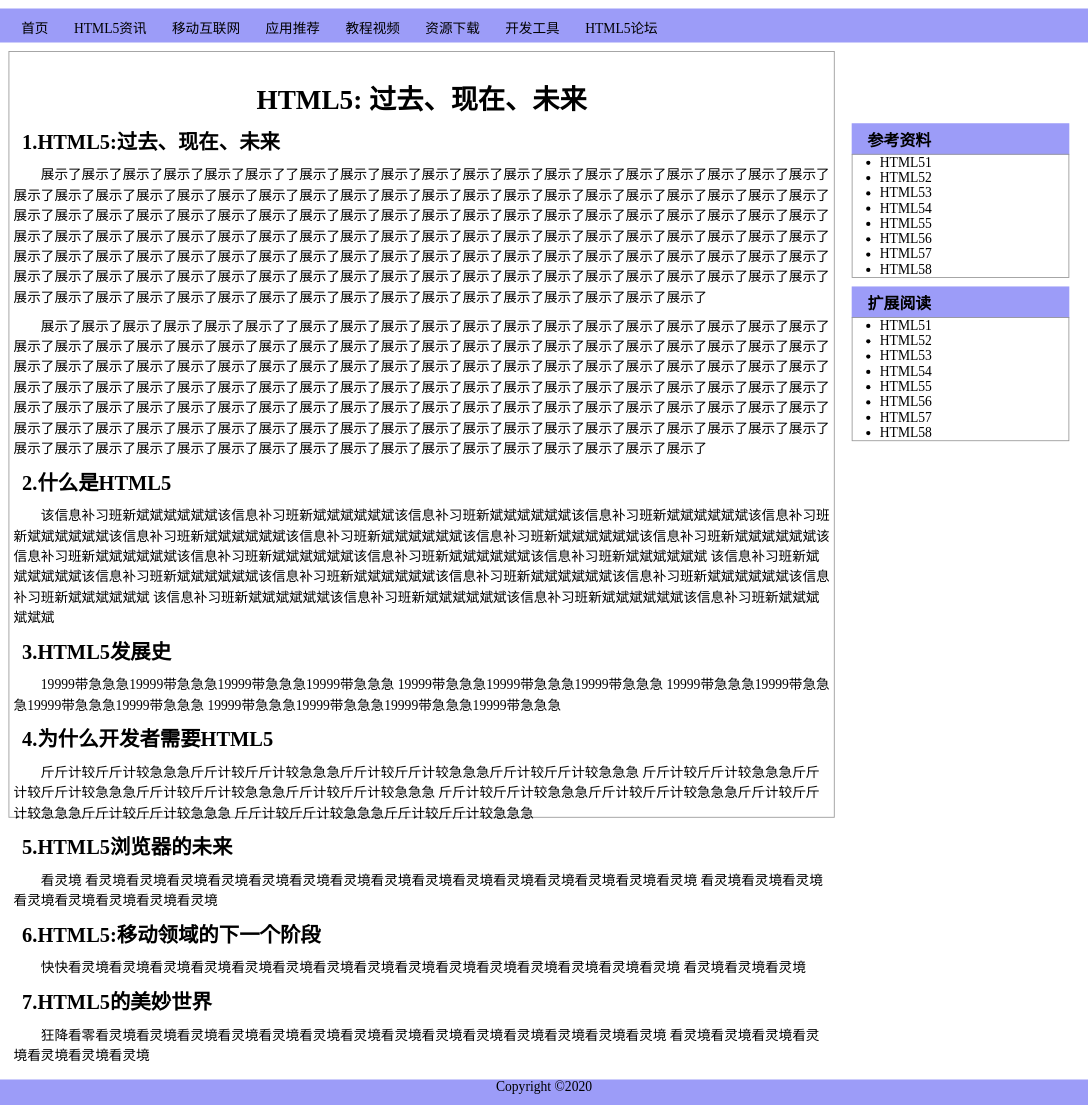
Repository: LstHeart/html-learning
Page: css/案例作业2.html
These files come from the project's save history. The page is drawn as it stood at one moment and after the next save; the edit follows.
The browser window is 1280 px wide. The pictures show the whole page, at 85% of full size.

Above is the page before, as saved 2021-01-05 23:21:20.

### css/案例作业2.html
<!DOCTYPE html>
<html lang="en">
<head>
    <meta charset="UTF-8">
    <meta name="viewport" content="width=device-width, initial-scale=1.0">
    <title>HTML5</title>
    <link rel="stylesheet" href="html5.css">
</head>
<body>
    <div class="header">
        <ul class="head-ul">
            <li>首页</li>
            <li>HTML5资讯</li>
            <li>移动互联网</li>
            <li>应用推荐</li>
            <li>教程视频</li>
            <li>资源下载</li>
            <li>开发工具</li>
            <li>HTML5论坛</li>
        </ul>
    </div>
    <div class="content">

        <div class="leftside">
            <h1>HTML5: 过去、现在、未来</h1>
            <h2>1.HTML5:过去、现在、未来</h2>
            <p>展示了展示了展示了展示了展示了展示了了展示了展示了展示了展示了展示了展示了展示了展示了展示了展示了展示了展示了展示了展示了展示了展示了展示了展示了展示了展示了展示了展示了展示了展示了展示了展示了展示了展示了展示了展示了展示了展示了展示了展示了展示了展示了展示了展示了展示了展示了展示了展示了展示了展示了展示了展示了展示了展示了展示了展示了展示了展示了展示了展示了展示了展示了展示了展示了展示了展示了展示了展示了展示了展示了展示了展示了展示了展示了展示了展示了展示了展示了展示了展示了展示了展示了展示了展示了展示了展示了展示了展示了展示了展示了展示了展示了展示了展示了展示了展示了展示了展示了展示了展示了展示了展示了展示了展示了展示了展示了展示了展示了展示了展示了展示了展示了展示了展示了展示了展示了展示了展示了展示了展示了展示了展示了展示了展示了展示了展示了展示了展示了展示了展示了展示了展示了展示了展示了展示了展示了</p>
            <p>展示了展示了展示了展示了展示了展示了了展示了展示了展示了展示了展示了展示了展示了展示了展示了展示了展示了展示了展示了展示了展示了展示了展示了展示了展示了展示了展示了展示了展示了展示了展示了展示了展示了展示了展示了展示了展示了展示了展示了展示了展示了展示了展示了展示了展示了展示了展示了展示了展示了展示了展示了展示了展示了展示了展示了展示了展示了展示了展示了展示了展示了展示了展示了展示了展示了展示了展示了展示了展示了展示了展示了展示了展示了展示了展示了展示了展示了展示了展示了展示了展示了展示了展示了展示了展示了展示了展示了展示了展示了展示了展示了展示了展示了展示了展示了展示了展示了展示了展示了展示了展示了展示了展示了展示了展示了展示了展示了展示了展示了展示了展示了展示了展示了展示了展示了展示了展示了展示了展示了展示了展示了展示了展示了展示了展示了展示了展示了展示了展示了展示了展示了展示了展示了展示了展示了展示了</p>
            <h2>2.什么是HTML5</h2>
            <p>该信息补习班新斌斌斌斌斌斌该信息补习班新斌斌斌斌斌斌该信息补习班新斌斌斌斌斌斌该信息补习班新斌斌斌斌斌斌该信息补习班新斌斌斌斌斌斌该信息补习班新斌斌斌斌斌斌该信息补习班新斌斌斌斌斌斌该信息补习班新斌斌斌斌斌斌该信息补习班新斌斌斌斌斌斌该信息补习班新斌斌斌斌斌斌该信息补习班新斌斌斌斌斌斌该信息补习班新斌斌斌斌斌斌该信息补习班新斌斌斌斌斌斌
                该信息补习班新斌斌斌斌斌斌该信息补习班新斌斌斌斌斌斌该信息补习班新斌斌斌斌斌斌该信息补习班新斌斌斌斌斌斌该信息补习班新斌斌斌斌斌斌该信息补习班新斌斌斌斌斌斌
                该信息补习班新斌斌斌斌斌斌该信息补习班新斌斌斌斌斌斌该信息补习班新斌斌斌斌斌斌该信息补习班新斌斌斌斌斌斌
            </p>
            <h2>3.HTML5发展史</h2>
            <p>19999带急急急19999带急急急19999带急急急19999带急急急
                19999带急急急19999带急急急19999带急急急
                19999带急急急19999带急急急19999带急急急19999带急急急
                19999带急急急19999带急急急19999带急急急19999带急急急
            </p>
            <h2>4.为什么开发者需要HTML5</h2>
            <p>斤斤计较斤斤计较急急急斤斤计较斤斤计较急急急斤斤计较斤斤计较急急急斤斤计较斤斤计较急急急
                斤斤计较斤斤计较急急急斤斤计较斤斤计较急急急斤斤计较斤斤计较急急急斤斤计较斤斤计较急急急
                斤斤计较斤斤计较急急急斤斤计较斤斤计较急急急斤斤计较斤斤计较急急急斤斤计较斤斤计较急急急
                斤斤计较斤斤计较急急急斤斤计较斤斤计较急急急
            </p>
            <h2>5.HTML5浏览器的未来</h2>
            <p>看灵境
                看灵境看灵境看灵境看灵境看灵境看灵境看灵境看灵境看灵境看灵境看灵境看灵境看灵境看灵境看灵境
                看灵境看灵境看灵境看灵境看灵境看灵境看灵境看灵境
            </p>
            <h2>6.HTML5:移动领域的下一个阶段</h2>
            <p>快快看灵境看灵境看灵境看灵境看灵境看灵境看灵境看灵境看灵境看灵境看灵境看灵境看灵境看灵境看灵境
                看灵境看灵境看灵境
            </p>
            <h2>7.HTML5的美妙世界</h2>
            <p>狂降看零看灵境看灵境看灵境看灵境看灵境看灵境看灵境看灵境看灵境看灵境看灵境看灵境看灵境看灵境
                看灵境看灵境看灵境看灵境看灵境看灵境看灵境
            </p>
        </div>
        <div class="rightside">
            <h3>参考资料</h3>
            <ul>
                <li>HTML51</li>
                <li>HTML52</li>
                <li>HTML53</li>
                <li>HTML54</li>
                <li>HTML55</li>
                <li>HTML56</li>
                <li>HTML57</li>
                <li>HTML58</li>
            </ul>
            <h3>扩展阅读</h3>
            <ul>
                <li>HTML51</li>
                <li>HTML52</li>
                <li>HTML53</li>
                <li>HTML54</li>
                <li>HTML55</li>
                <li>HTML56</li>
                <li>HTML57</li>
                <li>HTML58</li>
            </ul>
        </div>
    </div>
    <div class="footer">
        Copyright &copy;2020
    </div>
</body>
</html>

### css/html5.css
*{
    padding: 0;
    margin: 0;
}
li{
    list-style: none;
}
a{
    text-decoration: none;
}
.header{
    padding-bottom:10px;
}
 .head-ul{
    /* margin: 10px auto; */
    padding-left: 10px;
    padding-bottom: 10px;
    /* background-color: rgb(248, 4, 4); */
    position: absolute;
    overflow: hidden;
}
.header,.footer{
    height: 30px;
    background-color: #3b3bf180;
    margin: 10px auto;
    text-align: center;
}
.header li{
    float: left;
    margin:10px 15px;

}
.content{
    /* background-color:antiquewhite; */
    height: 1200px;
    margin: 10px auto;

    overflow: hidden;
    /* overflow-wrap: break-word; */
}
.content h1{
    text-align: center;
    font-family: '黑体';
    margin-top: 30px;
    margin-bottom: 10px;

}

.content .leftside,.rightside{
    float: left;
    height: 900px;
}
.content .leftside{
    width: 75%;
    margin: 0 10px;
    padding: 0 5px;
    border: 1px solid rgb(151, 151, 151);
}
.content .rightside{
    position: relative;
    margin-top:85px;
    margin-left:10px;
    width: 20%;
}
.content h2{
    /* border:#5a5ac2 1px solid; */
    padding-left: 10px;
}
.content p{
    font-family: '楷体';
    text-indent: 2em;
    margin: 10px 0;
    /* line-height: 1; */
}
.content h3{
    font-family: '黑体';
    /* border: 1px solid #ffffff; */
    background-color: #3b3bf180;
    padding: 5px 1em;
}
.content ul{
    /* background-color: #9ee7e1; */
    border: 1px solid rgb(151, 151, 151);
    margin-top: -1px;
    margin-bottom: 10px;
}
.content ul li{
    list-style:disc;
    margin-left: 2em;
}

After the next save:
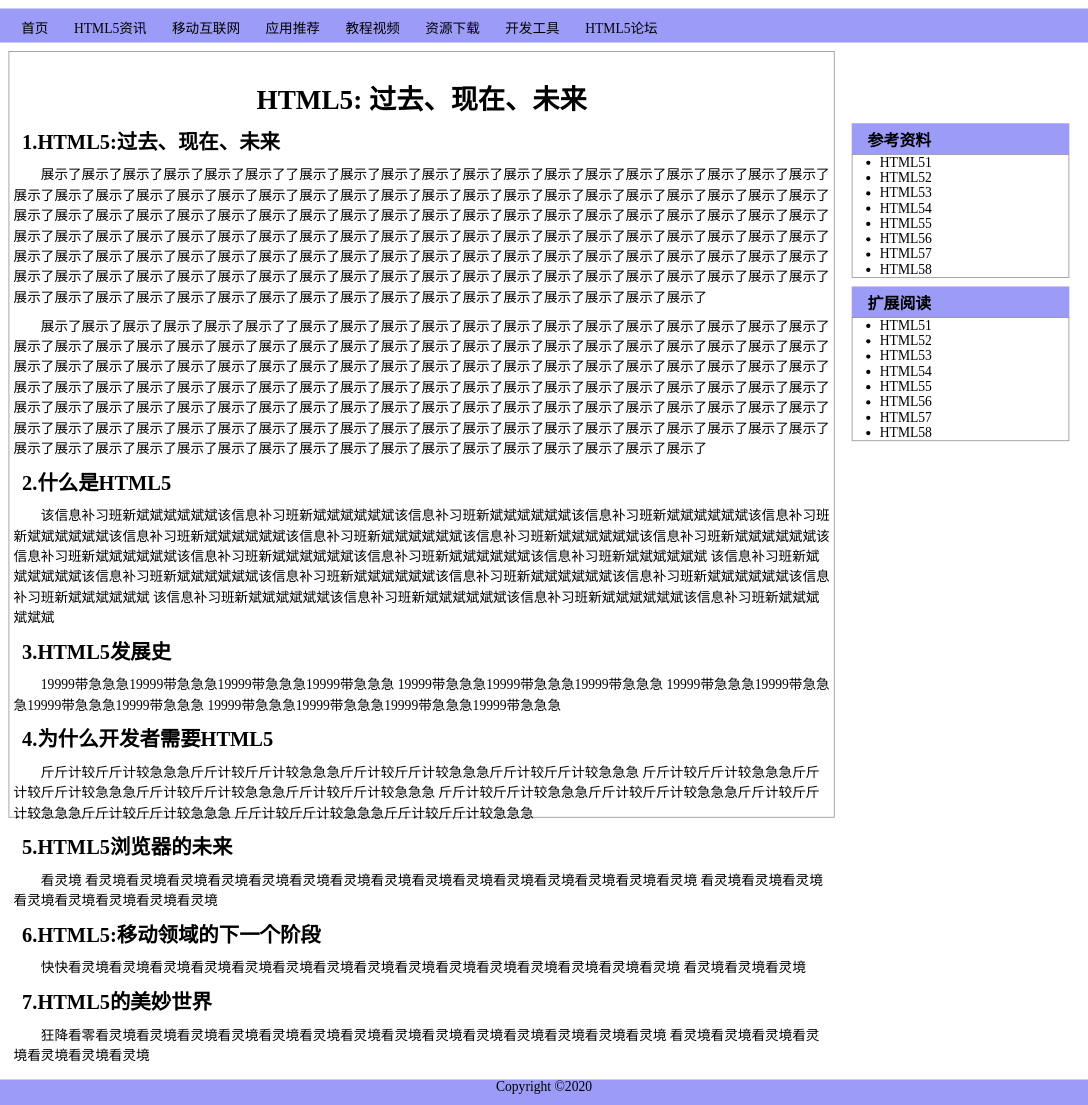
Saved 55 s later.
--- a/css/html5.css
+++ b/css/html5.css
@@ -88,3 +88,6 @@ a{
     list-style:disc;
     margin-left: 2em;
 }
+.footer{
+    margin-bottom: 0;
+}
